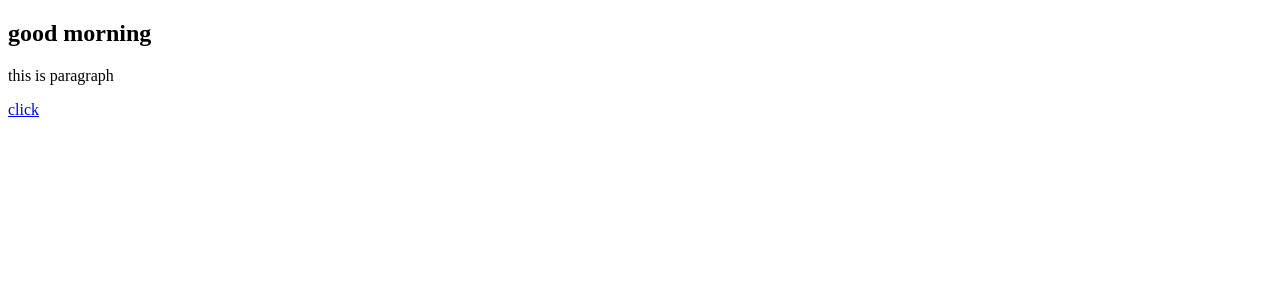
Repository: roshanpatil37407/Full_Stack_Java
Page: Roshans/src/main/webapp/index.html
These files come from the project's save history. The page is drawn as it stood at one moment and after the next save; the edit follows.
The browser window is 1280 px wide. The pictures show the whole page.

Above is the page before, as saved 2025-09-29 09:44:30.

### Roshans/src/main/webapp/index.html
<!DOCTYPE html>
<html>
<head>
<meta charset="UTF-8">
<title>Insert title here</title>
</head>
<body>
<h2>good morning </h2>


<p> this is paragraph </p>
<a href="loging.html">click</a>

</body>
</html>

After the next save:
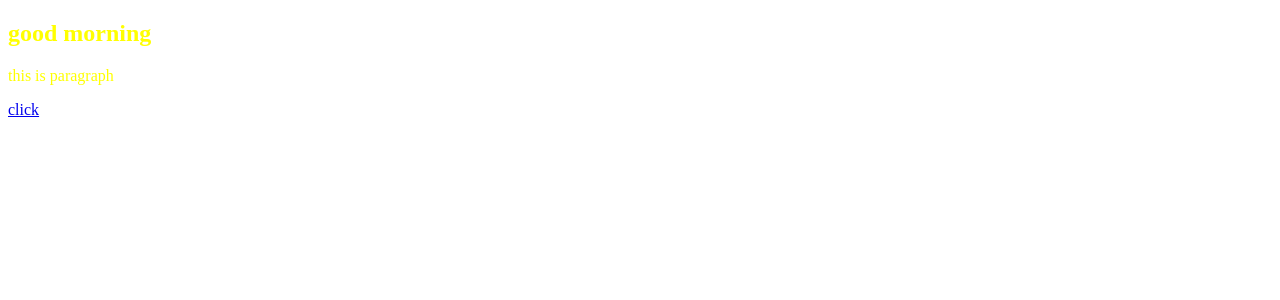
Saved 15 min 10 s later.
--- a/Roshans/src/main/webapp/index.html
+++ b/Roshans/src/main/webapp/index.html
@@ -4,7 +4,7 @@
 <meta charset="UTF-8">
 <title>Insert title here</title>
 </head>
-<body>
+<body style="color:yellow">
 <h2>good morning </h2>
 
 
